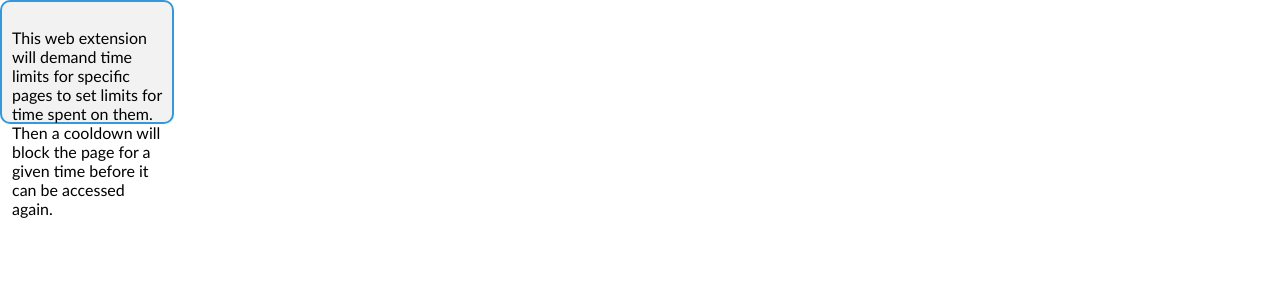
Repository: AndrlmMass/Time-management-chrome-extension
Page: popup.html
These files come from the project's save history. The page is drawn as it stood at one moment and after a run of saves; the edit follows.
The browser window is 1280 px wide. The pictures show the whole page.

Above is the page before, as saved 2023-08-22 15:36:58.

### popup.html
<!DOCTYPE html>
<html>
<head>
  <title>Popup</title>
  <link rel="stylesheet" type="text/css" href="styles.css">
</head>
<body>
  <div id="popup-container">
    <p> This web extension will demand time limits for specific pages to set limits for time spent on them. Then a cooldown will block the page for a given time before it can be accessed again.</p>
    </div>
  </div>
  <script src="popup.js"></script>
</body>
</html>

### styles.css
@font-face {
  font-family: 'CustomFont';
  src: url('path/to/font.woff2') format('woff2'),
       url('path/to/font.woff') format('woff');
}

body {
    font-family: 'Calibri', sans-serif;
    margin: 0;
    padding: 0;
  }

  #popup-container {
    padding: 10px;
    margin: 0;
    width: 300px;
    background-color: #f2f2f2;
    border: 2px solid #3498db;
    border-radius: 10px;
  }

### popup.js
document.addEventListener('DOMContentLoaded', function() {
  // Get the popup's main container element
  const popupContainer = document.getElementById('popup-container');

  // Set custom width and height
  popupContainer.style.width = '150px';    // Adjust width as needed
  popupContainer.style.height = '100px';   // Adjust height as needed
});

After the next 3 saves:
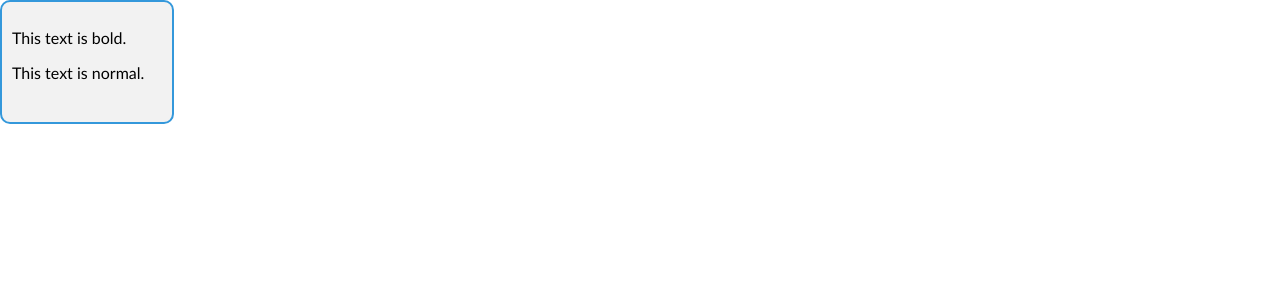
The 3 saves are shown as one change because they came seconds apart.
The last was saved 18 s later.
--- a/popup.html
+++ b/popup.html
@@ -6,8 +6,9 @@
 </head>
 <body>
   <div id="popup-container">
-    <p> This web extension will demand time limits for specific pages to set limits for time spent on them. Then a cooldown will block the page for a given time before it can be accessed again.</p>
-    </div>
+    <!-- Apply the bold-text class to the desired text -->
+    <p class="bold-text">This text is bold.</p>
+    <p>This text is normal.</p>
   </div>
   <script src="popup.js"></script>
 </body>
